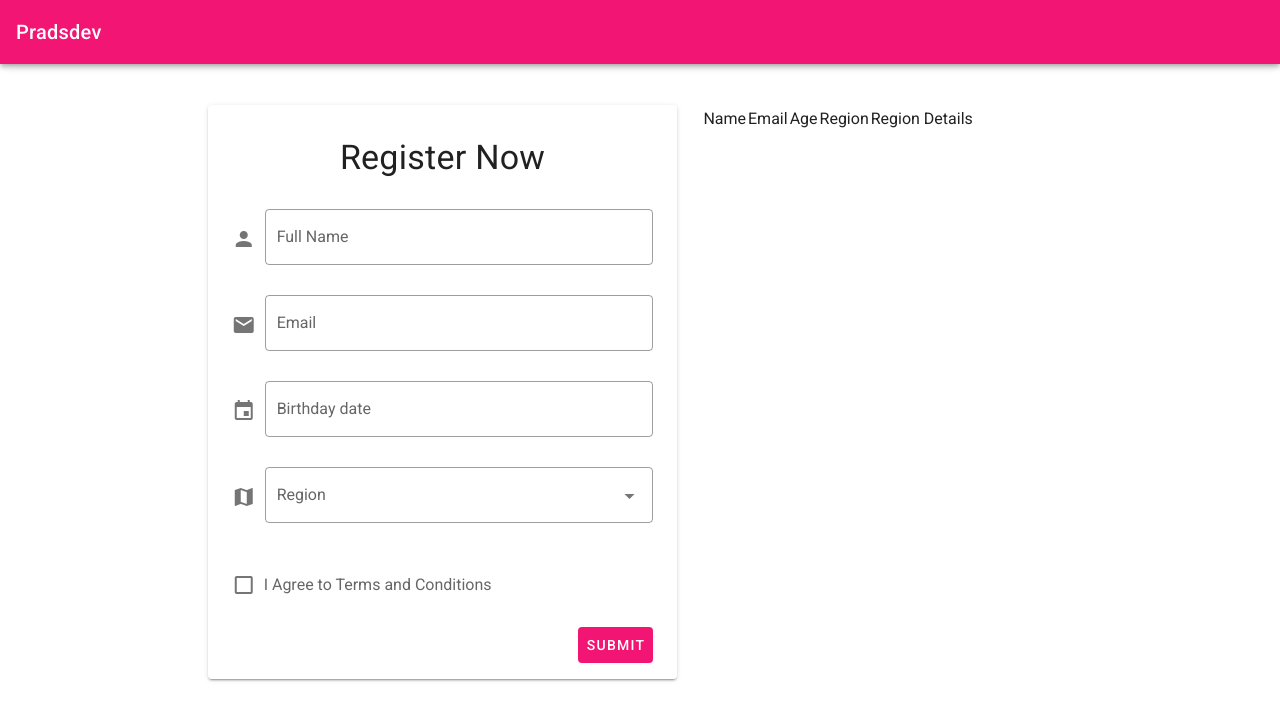
Repository: pradsdev/vue-form-validate
Page: /
These files come from the project's save history. The page is drawn as it stood at one moment and after a run of saves; the edit follows.
The browser window is 1280 px wide. The pictures show the whole page.
The project was rebuilt for these pictures with package versions that can differ from the ones it lists, and the page was loaded fresh each time. Also part of the build but not shown: vue.config.js.

Above is the page before, as saved 2020-12-22 16:55:18.

### src/App.vue
<template>
  <v-app>
    <v-app-bar
      app
      color="primary"
      dark
    >
      <div class="d-flex align-center">
        <div class="title">
          Pradsdev
        </div>
      </div>
    </v-app-bar>

    <v-main>
      <v-container fill-height>
        <v-row class="text-center justify-center">
          <Form @update="($event) => items.push($event)"/>
          <Table :data="items"/>
        </v-row>
      </v-container>
    </v-main>
  </v-app>
</template>

<script>
export default {
  name: 'App',

  components: {
    Form: () => import('./components/Form'),
    Table: () => import('./components/Table')
  },

  data: () => ({
    items: []
  })
}
</script>

### src/plugins/vuetify.js
import Vue from 'vue'
import Vuetify from 'vuetify/lib/framework'

Vue.use(Vuetify)

export default new Vuetify({
  theme: {
    options: {
      customProperties: true
    },
    themes: {
      light: {
        primary: '#f31573',
        secondary: '#424242',
        accent: '#82B1FF',
        error: '#FF5252',
        info: '#2196F3',
        success: '#4CAF50',
        warning: '#FFC107'
      }
    }
  }
})

### src/components/Form.vue
<template>
  <v-col cols="5">
    <v-card>
      <v-card-title class="py-8 display-1 mx-2 d-flex flex-row justify-center">
        <div>
          Register Now
        </div>
      </v-card-title>
      <v-form
        ref="form"
        class="mx-6"
        @submit.prevent="submitForm"
      >
        <v-text-field
          v-model="name"
          outlined
          label="Full Name"
          :rules="[v => !!v || 'Full Name is required', v => /^[a-zA-Z]+(?:[\s.]+[a-zA-Z]+)*$/.test(v) || 'Full name must be valid']"
          prepend-icon="mdi-account"
        />
        <v-text-field
          v-model="email"
          outlined
          label="Email"
          :rules="[v => !!v || 'Email is required', v => /^\w+([.-]?\w+)*@\w+([.-]?\w+)*(\.\w{2,63})+$/.test(v) || 'Email must be valid']"
          prepend-icon="mdi-email"
        />
        <v-menu
          ref="menu"
          v-model="menu"
          :close-on-content-click="false"
          transition="scale-transition"
          offset-y
          min-width="290px"
        >
          <template v-slot:activator="{ on, attrs }">
            <v-text-field
              v-model="date"
              label="Birthday date"
              prepend-icon="mdi-calendar"
              readonly
              outlined
              :rules="[v => !!v || 'Age is required']"
              v-bind="attrs"
              v-on="on"
            />
          </template>
          <v-date-picker
            ref="picker"
            v-model="date"
            :max="ageLimitDate"
            @change="save"
          />
        </v-menu>
        <v-select
          v-model="region"
          :items="items"
          label="Region"
          outlined
          :rules="[v => !!v || 'Region is required']"
          prepend-icon="mdi-map"
        />
        <v-checkbox
          v-model="checkbox"
          :rules="[v => !!v || 'Please check the checkbox']"
          label="I Agree to Terms and Conditions"
        />
      </v-form>
      <v-card-actions class="px-6 pb-4">
        <v-spacer></v-spacer>
        <v-btn
          :loading="loading"
          color="primary"
          type="submit"
          depressed
          @click="submitForm"
        >
          submit
        </v-btn>
      </v-card-actions>
    </v-card>
  </v-col>
</template>

<script>
import axios from 'axios'
import * as moment from 'moment'
export default {
  name: 'HelloWorld',
  data: () => ({
    date: null,
    menu: false,
    items: ['Africa', 'Americas', 'Asia', 'Europe', 'Oceania'],
    checkbox: false,
    loading: false,
    region: '',
    name: '',
    email: '',
    ageLimitDate: ''
  }),
  mounted () {
    const ageLimitDate = moment().subtract(18, 'years').format('YYYY-MM-DD')
    this.ageLimitDate = ageLimitDate
  },
  watch: {
    menu (val) {
      val && setTimeout(() => (this.$refs.picker.activePicker = 'YEAR'))
    }
  },
  methods: {
    save (date) {
      this.$refs.menu.save(date)
    },
    async submitForm () {
      if (!this.$refs.form.validate()) return
      try {
        this.loading = true
        const data = {
          name: this.name,
          email: this.email,
          age: moment().diff(this.date, 'years', false),
          region: this.region
        }
        const result = await axios.get(`https://restcountries.eu/rest/v2/region/${this.region}`)
        data.regionDetails = result.data
        this.$emit('update', data)
        this.$refs.form.reset()
      } catch (error) {
        console.log(error)
      } finally {
        this.loading = false
      }
    }
  }
}
</script>

### src/components/Table.vue
<template>
<v-col cols="4">
  <table>
  <thead>
    <td>
      Name
    </td>
    <td>
      Email
    </td>
    <td>
      Age
    </td>
    <td>
      Region
    </td>
    <td>
      Region Details
    </td>
  </thead>
  <tr v-for="user in userData" :key="user.email">
    <td>
      {{ user.name }}
    </td>
    <td>
      {{ user.email }}
    </td>
    <td>
      {{ user.age }}
    </td>
    <td>
      {{ user.region }}
    </td>
    <td>
      {{ user.regionDetails }}
    </td>
  </tr>

</table>
</v-col>
</template>

<script>
export default {
  props: {
    data: {
      type: Array,
      required: true,
      default: () => []
    }
  },
  data: () => ({
    userData: []
  }),
  watch: {
    data: {
      handler (val) {
        if (!val) return
        this.userData = val
      },
      immediate: true
    }
  }

}
</script>

Loaded but not shown: public/index.html (common file); src/main.js (common file)

After the next 2 saves:
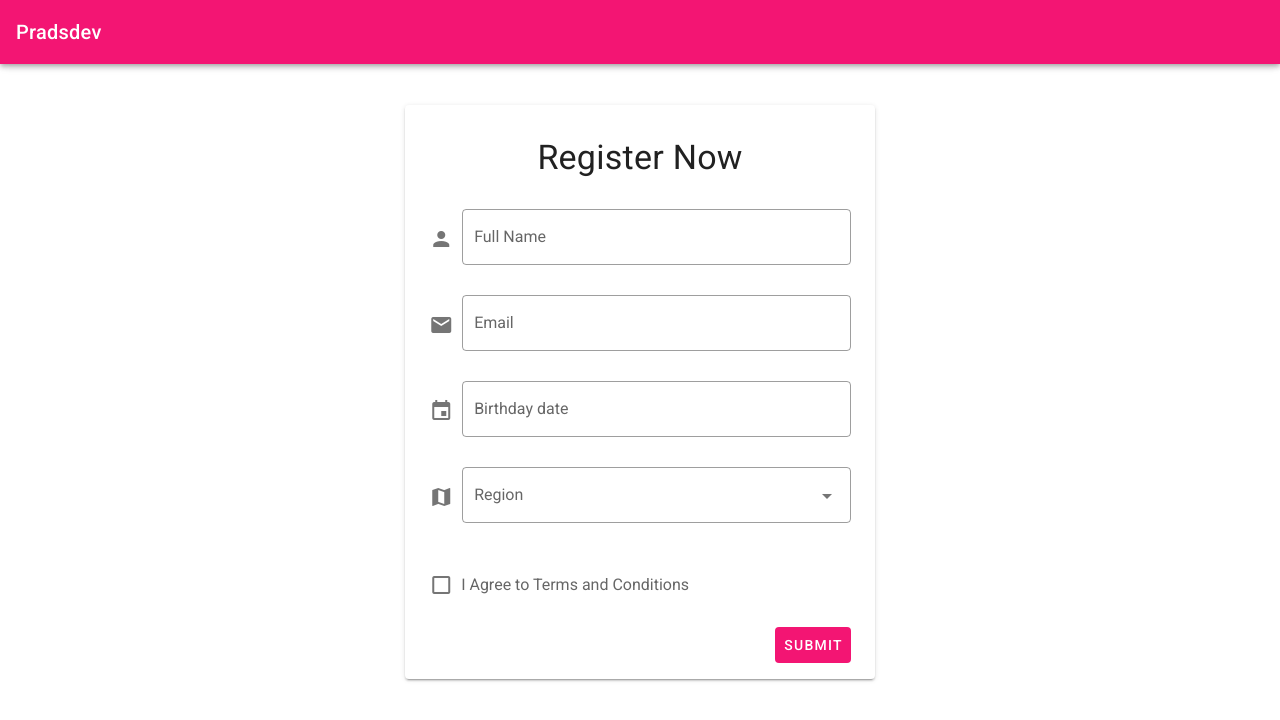
The 2 saves are shown as one change because they came seconds apart.
The last was saved 35 s later.
--- a/src/App.vue
+++ b/src/App.vue
@@ -16,7 +16,7 @@
       <v-container fill-height>
         <v-row class="text-center justify-center">
           <Form @update="($event) => items.push($event)"/>
-          <Table :data="items"/>
+          <Table v-if="items.length > 0" :data="items"/>
         </v-row>
       </v-container>
     </v-main>
